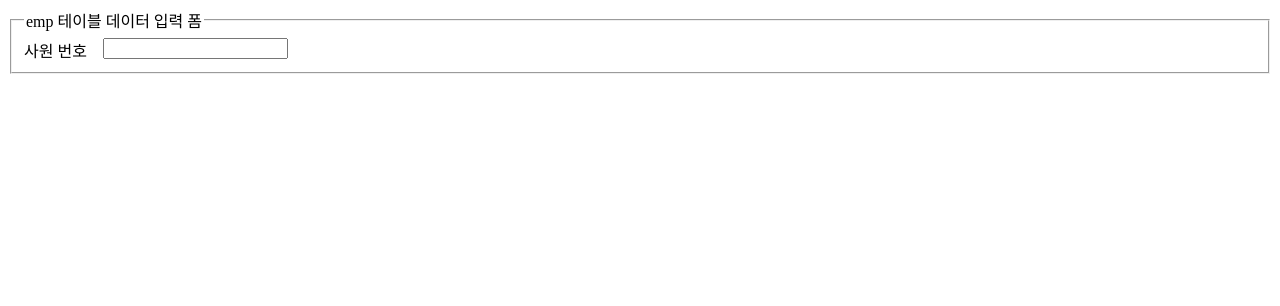
Repository: saysang22/servlet
Page: jdbcServlet1/src/main/webapp/deptInsert.html
These files come from the project's save history. The page is drawn as it stood at one moment and after the next save; the edit follows.
The browser window is 1280 px wide. The pictures show the whole page.

Above is the page before, as saved 2024-06-03 01:14:54.

### jdbcServlet1/src/main/webapp/deptInsert.html
<!DOCTYPE html>
<html>
<head>
<meta charset="UTF-8">
<title>Insert title here</title>
<style>
	ul {
		list-style: none;
		padding: 0;
		margin: 0;
	}

	.wrap {
		display: flex;
	}

	.rightMargin {
		margin: 0 1rem 0 0rem;
	}
</style>
</head>
<body>
	<form method="post" action="empInsert" name="insert">
		<fieldset>
			<legend>emp 테이블 데이터 입력 폼</legend>
		<div class="wrap">
			<ul class="rightMargin">
				<li><label for="empno">사원 번호</label></li>

			</ul>
			<ul>
				<li><input type="text" name="empno"></li>
			</ul>
		</div>
		</fieldset>
	</form>
</body>
</html>

After the next save:
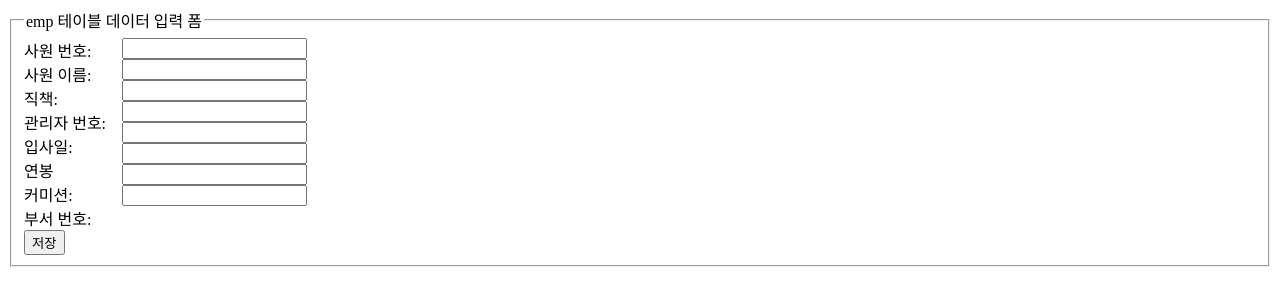
Saved 3 min 25 s later.
--- a/jdbcServlet1/src/main/webapp/deptInsert.html
+++ b/jdbcServlet1/src/main/webapp/deptInsert.html
@@ -25,13 +25,27 @@
 			<legend>emp 테이블 데이터 입력 폼</legend>
 		<div class="wrap">
 			<ul class="rightMargin">
-				<li><label for="empno">사원 번호</label></li>
-
+				<li><label for="empno">사원 번호:</label></li>
+				<li><label for="ename">사원 이름:</label></li>
+				<li><label for="job">직책:</label></li>
+				<li><label for="mgr">관리자 번호:</label></li>
+				<li><label for="hiredate">입사일:</label></li>
+				<li><label for="sal">연봉</label></li>
+				<li><label for="comm">커미션:</label></li>
+				<li><label for="deptno">부서 번호:</label></li>
 			</ul>
 			<ul>
-				<li><input type="text" name="empno"></li>
+				<li><input type="text" name="empno" id="empno"></li>
+				<li><input type="text" name="ename" id="ename"></li>
+				<li><input type="text" name="job" id="job"></li>
+				<li><input type="text" name="mgr" id="mgr"></li>
+				<li><input type="text" name="hiredate" id="hiredate"></li>
+				<li><input type="text" name="sal" id="sal"></li>
+				<li><input type="text" name="comm" id="comm"></li>
+				<li><input type="text" name="deptno" id="deptno"></li>
 			</ul>
 		</div>
+		<input type="submit" value="저장">
 		</fieldset>
 	</form>
 </body>
